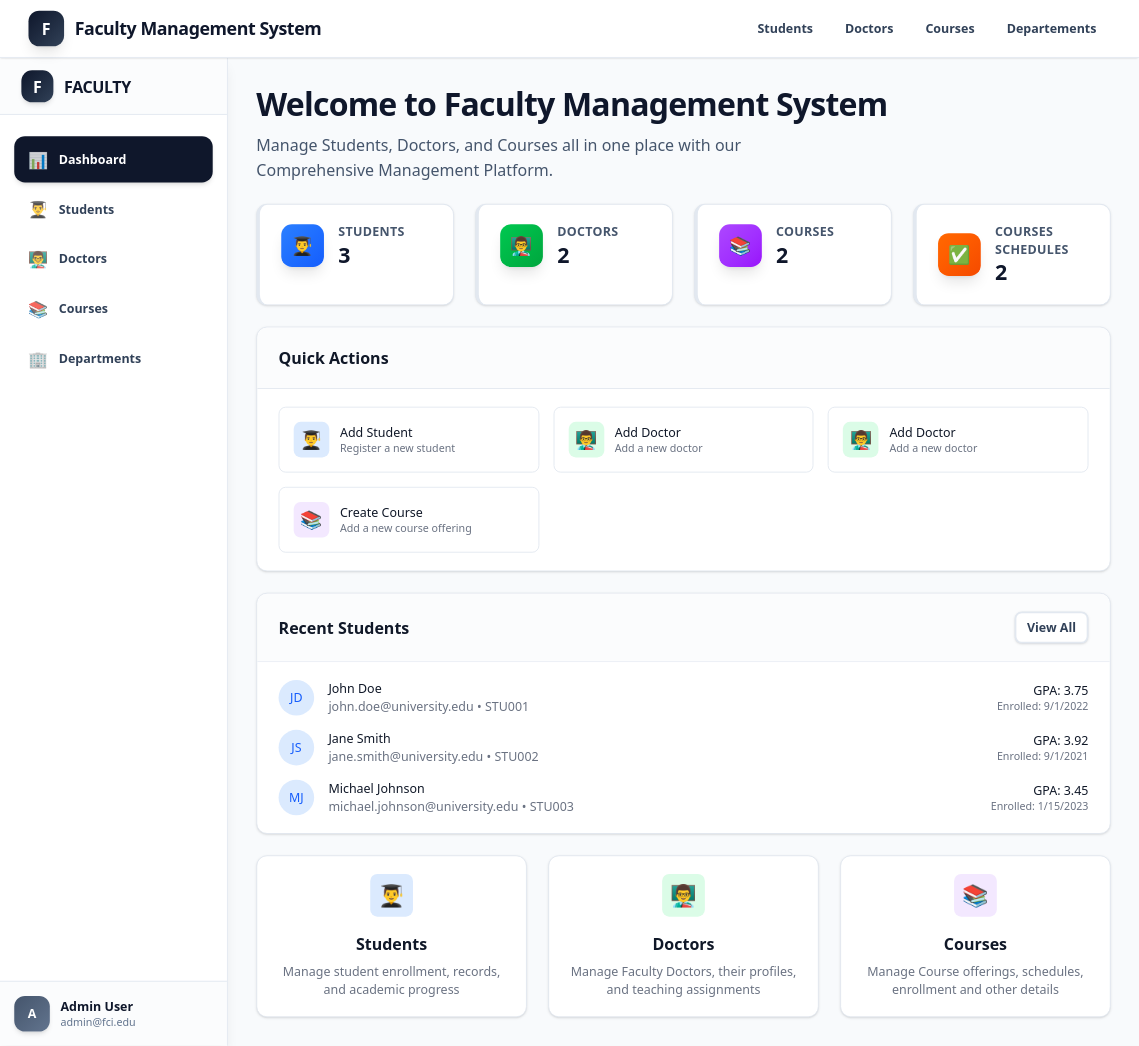
Repository: Mohamedmohsen179/Advanced-DB-Task
Page: / (app in frontend/)
The author's editor kept a copy of each file at every save. The page is drawn from the files as they stood at one save, then again after the next save.
The browser window is 1280 px wide. The pictures show the whole page, at 89% of full size.
The project was rebuilt for these pictures with package versions that can differ from the ones it lists, and the page was loaded fresh each time. The framework's server and built-in components were replaced by stand-ins that run in the browser. Settings that the repository does not hold, such as keys and server addresses, were given made-up values. Also part of the build but not shown: frontend/next.config.ts.

Above is the page before, as saved 2025-11-29 02:16:19.

### frontend/app/layout.tsx
import type { Metadata } from "next";
import { Geist, Geist_Mono } from "next/font/google";
import "./globals.css";
import MainLayout from "../components/layout/MainLayout";

const geistSans = Geist({
  variable: "--font-geist-sans",
  subsets: ["latin"],
});

const geistMono = Geist_Mono({
  variable: "--font-geist-mono",
  subsets: ["latin"],
});

export const metadata: Metadata = {
  title: "University Management System",
  description: "A comprehensive university management system built with Next.js and TypeScript",
};

export default function RootLayout({
  children,
}: Readonly<{
  children: React.ReactNode;
}>) {
  return (
    <html lang="en">
      <body
        className={`${geistSans.variable} ${geistMono.variable} antialiased`}
      >
        <MainLayout>{children}</MainLayout>
      </body>
    </html>
  );
}

### frontend/app/page.tsx
'use client';

import { useState, useEffect } from 'react';
import Link from 'next/link';
import { Student, CourseWithSchedule } from '../types';
import { apiService } from '../services/api';
import { Card, CardContent, CardHeader } from '../components/ui/Card';
import Button from '../components/ui/Button';

export default function Home() {
  const [stats, setStats] = useState({
    studentsCount: 0,
    doctorsCount: 0,
    coursesCount: 0,
    activeCoursesCount: 0,
  });
  const [recentStudents, setRecentStudents] = useState<Student[]>([]);
  const [loading, setLoading] = useState(true);

  useEffect(() => {
    loadDashboardData();
  }, []);

  const loadDashboardData = async () => {
    try {
      setLoading(true);

      // Load all data in parallel
      const [studentsResponse, doctorsResponse, coursesResponse] = await Promise.all([
        apiService.getStudents(),
        apiService.getDoctors(),
        apiService.getCourses(),
      ]);

      if (studentsResponse.success && doctorsResponse.success && coursesResponse.success) {
        setStats({
          studentsCount: studentsResponse.data.length,
          doctorsCount: doctorsResponse.data.length,
          coursesCount: coursesResponse.data.length,
          activeCoursesCount: coursesResponse.data.filter((course: CourseWithSchedule) => course.status === 'active').length,
        });

        // Get recent students (last 3)
        setRecentStudents(studentsResponse.data.slice(0, 3));
      }
    } catch (err) {
      console.error('Error loading dashboard data:', err);
    } finally {
      setLoading(false);
    }
  };

  if (loading) {
    return (
      <div className="flex items-center justify-center py-12">
        <div className="animate-spin rounded-full h-8 w-8 border-b-2 border-blue-600"></div>
        <span className="ml-2 text-gray-600">Loading dashboard...</span>
      </div>
    );
  }

  return (
    <div className="space-y-6">
      {/* Welcome Header */}
      <div className="text-center lg:text-left">
        <h1 className="text-4xl font-bold text-slate-900 tracking-tight">Welcome to Faculty Management System</h1>
        <p className="mt-3 text-lg text-slate-600 max-w-2xl">
          Manage Students, Doctors, and Courses all in one place with our Comprehensive Management Platform.
        </p>
      </div>

      {/* Stats Cards */}
      <div className="grid grid-cols-1 md:grid-cols-2 lg:grid-cols-4 gap-6">
        <Card className="hover:shadow-lg transition-all duration-300 border-l-4 border-l-blue-500">
          <CardContent className="p-6">
            <div className="flex items-center">
              <div className="flex-shrink-0">
                <div className="w-12 h-12 bg-gradient-to-br from-blue-500 to-blue-600 rounded-xl flex items-center justify-center shadow-lg">
                  <span className="text-white text-xl">👨‍🎓</span>
                </div>
              </div>
              <div className="ml-4">
                <p className="text-sm font-semibold text-slate-600 uppercase tracking-wide">Students</p>
                <p className="text-2xl font-bold text-slate-900">{stats.studentsCount}</p>
              </div>
            </div>
          </CardContent>
        </Card>

        <Card className="hover:shadow-lg transition-all duration-300 border-l-4 border-l-green-500">
          <CardContent className="p-6">
            <div className="flex items-center">
              <div className="flex-shrink-0">
                <div className="w-12 h-12 bg-gradient-to-br from-green-500 to-green-600 rounded-xl flex items-center justify-center shadow-lg">
                  <span className="text-white text-xl">👨‍🏫</span>
                </div>
              </div>
              <div className="ml-4">
                <p className="text-sm font-semibold text-slate-600 uppercase tracking-wide">Doctors</p>
                <p className="text-2xl font-bold text-slate-900">{stats.doctorsCount}</p>
              </div>
            </div>
          </CardContent>
        </Card>

        <Card className="hover:shadow-lg transition-all duration-300 border-l-4 border-l-purple-500">
          <CardContent className="p-6">
            <div className="flex items-center">
              <div className="flex-shrink-0">
                <div className="w-12 h-12 bg-gradient-to-br from-purple-500 to-purple-600 rounded-xl flex items-center justify-center shadow-lg">
                  <span className="text-white text-xl">📚</span>
                </div>
              </div>
              <div className="ml-4">
                <p className="text-sm font-semibold text-slate-600 uppercase tracking-wide">Courses</p>
                <p className="text-2xl font-bold text-slate-900">{stats.coursesCount}</p>
              </div>
            </div>
          </CardContent>
        </Card>

        <Card className="hover:shadow-lg transition-all duration-300 border-l-4 border-l-orange-500">
          <CardContent className="p-6">
            <div className="flex items-center">
              <div className="flex-shrink-0">
                <div className="w-12 h-12 bg-gradient-to-br from-orange-500 to-orange-600 rounded-xl flex items-center justify-center shadow-lg">
                  <span className="text-white text-xl">✅</span>
                </div>
              </div>
              <div className="ml-4">
                <p className="text-sm font-semibold text-slate-600 uppercase tracking-wide">Courses Schedules</p>
                <p className="text-2xl font-bold text-slate-900">{stats.activeCoursesCount}</p>
              </div>
            </div>
          </CardContent>
        </Card>
      </div>

      {/* Quick Actions */}
      <Card>
        <CardHeader>
          <h2 className="text-lg font-semibold text-gray-900 ">Quick Actions</h2>
        </CardHeader>
        <CardContent>
          <div className="grid grid-cols-1 md:grid-cols-3 gap-4 ">
            <Link href="/students/new">
              <div className="p-4 border border-gray-200 rounded-lg hover:bg-gray-50 transition-colors cursor-pointer">
                <div className="flex items-center">
                  <div className="w-10 h-10 bg-blue-100 rounded-lg flex items-center justify-center">
                    <span className="text-blue-600 text-xl " >👨‍🎓</span>
                  </div>
                  <div className="ml-3">
                    <h3 className="text-sm font-medium text-gray-900">Add Student</h3>
                    <p className="text-xs text-gray-500">Register a new student</p>
                  </div>
                </div>
              </div>
            </Link>

            <Link href="/doctors/new">
              <div className="p-4 border border-gray-200 rounded-lg hover:bg-gray-50 transition-colors cursor-pointer">
                <div className="flex items-center">
                  <div className="w-10 h-10 bg-green-100 rounded-lg flex items-center justify-center">
                    <span className="text-green-600 text-xl">👨‍🏫</span>
                  </div>
                  <div className="ml-3">
                    <h3 className="text-sm font-medium text-gray-900">Add Doctor</h3>
                    <p className="text-xs text-gray-500">Add a new doctor</p>
                  </div>
                </div>
              </div>
            </Link>

            <Link href="/doctors/new">
              <div className="p-4 border border-gray-200 rounded-lg hover:bg-gray-50 transition-colors cursor-pointer">
                <div className="flex items-center">
                  <div className="w-10 h-10 bg-green-100 rounded-lg flex items-center justify-center">
                    <span className="text-green-600 text-xl">👨‍🏫</span>
                  </div>
                  <div className="ml-3">
                    <h3 className="text-sm font-medium text-gray-900">Add Doctor</h3>
                    <p className="text-xs text-gray-500">Add a new doctor</p>
                  </div>
                </div>
              </div>
            </Link>

            <Link href="/courses/new">
              <div className="p-4 border border-gray-200 rounded-lg hover:bg-gray-50 transition-colors cursor-pointer">
                <div className="flex items-center">
                  <div className="w-10 h-10 bg-purple-100 rounded-lg flex items-center justify-center">
                    <span className="text-purple-600 text-xl">📚</span>
                  </div>
                  <div className="ml-3">
                    <h3 className="text-sm font-medium text-gray-900">Create Course</h3>
                    <p className="text-xs text-gray-500">Add a new course offering</p>
                  </div>
                </div>
              </div>
            </Link>
          </div>
        </CardContent>
      </Card>

      {/* Recent Students */}
      {recentStudents.length > 0 && (
        <Card>
          <CardHeader>
            <div className="flex items-center justify-between">
              <h2 className="text-lg font-semibold text-gray-900">Recent Students</h2>
              <Link href="/students">
                <Button variant="outline" size="sm">View All</Button>
              </Link>
            </div>
          </CardHeader>
          <CardContent>
            <div className="space-y-4">
              {recentStudents.map((student) => (
                <div key={student.id} className="flex items-center justify-between">
                  <div className="flex items-center">
                    <div className="flex-shrink-0 h-10 w-10">
                      <div className="h-10 w-10 rounded-full bg-blue-100 flex items-center justify-center">
                        <span className="text-blue-600 font-medium text-sm">
                          {student.firstName.charAt(0)}{student.lastName.charAt(0)}
                        </span>
                      </div>
                    </div>
                    <div className="ml-4">
                      <div className="text-sm font-medium text-gray-900">
                        {student.firstName} {student.lastName}
                      </div>
                      <div className="text-sm text-gray-500">
                        {student.email} • {student.studentId}
                      </div>
                    </div>
                  </div>
                  <div className="text-right">
                    <div className="text-sm text-gray-900">
                      {student.gpa ? `GPA: ${student.gpa.toFixed(2)}` : 'No GPA'}
                    </div>
                    <div className="text-xs text-gray-500">
                      Enrolled: {new Date(student.enrollmentDate).toLocaleDateString()}
                    </div>
                  </div>
                </div>
              ))}
            </div>
          </CardContent>
        </Card>
      )}

      {/* Navigation Cards */}
      <div className="grid grid-cols-1 md:grid-cols-3 gap-6">
        <Link href="/students">
          <Card className="hover:shadow-md transition-shadow cursor-pointer">
            <CardContent className="p-6 text-center">
              <div className="w-12 h-12 bg-blue-100 rounded-lg flex items-center justify-center mx-auto mb-4">
                <span className="text-blue-600 text-2xl">👨‍🎓</span>
              </div>
              <h3 className="text-lg font-semibold text-gray-900 mb-2">Students</h3>
              <p className="text-sm text-gray-500">
                Manage student enrollment, records, and academic progress
              </p>
            </CardContent>
          </Card>
        </Link>

        <Link href="/doctors">
          <Card className="hover:shadow-md transition-shadow cursor-pointer">
            <CardContent className="p-6 text-center">
              <div className="w-12 h-12 bg-green-100 rounded-lg flex items-center justify-center mx-auto mb-4">
                <span className="text-green-600 text-2xl">👨‍🏫</span>
              </div>
              <h3 className="text-lg font-semibold text-gray-900 mb-2">Doctors</h3>
              <p className="text-sm text-gray-500">
                Manage Faculty Doctors, their profiles, and teaching assignments
              </p>
            </CardContent>
          </Card>
        </Link>

        <Link href="/courses">
          <Card className="hover:shadow-md transition-shadow cursor-pointer">
            <CardContent className="p-6 text-center">
              <div className="w-12 h-12 bg-purple-100 rounded-lg flex items-center justify-center mx-auto mb-4">
                <span className="text-purple-600 text-2xl">📚</span>
              </div>
              <h3 className="text-lg font-semibold text-gray-900 mb-2">Courses</h3>
              <p className="text-sm text-gray-500">
                Manage Course offerings, schedules, enrollment and other details
              </p>
            </CardContent>
          </Card>
        </Link>
      </div>
    </div>
  );
}

### frontend/app/globals.css
@import "tailwindcss";

:root {
  --background: #fafafa;
  --foreground: #0f172a;
  --primary: #2563eb;
  --primary-foreground: #ffffff;
  --secondary: #f1f5f9;
  --secondary-foreground: #334155;
  --muted: #f8fafc;
  --muted-foreground: #64748b;
  --accent: #f1f5f9;
  --accent-foreground: #0f172a;
  --border: #e2e8f0;
  --input: #ffffff;
  --ring: #2563eb;
  --radius: 0.5rem;
}

@theme inline {
  --color-background: var(--background);
  --color-foreground: var(--foreground);
  --font-sans: var(--font-geist-sans);
  --font-mono: var(--font-geist-mono);
}

@media (prefers-color-scheme: dark) {
  :root {
    --background: #020617;
    --foreground: #f8fafc;
    --primary: #3b82f6;
    --primary-foreground: #f8fafc;
    --secondary: #1e293b;
    --secondary-foreground: #f8fafc;
    --muted: #1e293b;
    --muted-foreground: #94a3b8;
    --accent: #1e293b;
    --accent-foreground: #f8fafc;
    --border: #334155;
    --input: #1e293b;
    --ring: #3b82f6;
  }
}

* {
  border-color: var(--border);
}

body {
  background: var(--background);
  color: var(--foreground);
  font-family: var(--font-sans), system-ui, -apple-system, sans-serif;
  line-height: 1.6;
  -webkit-font-smoothing: antialiased;
  -moz-osx-font-smoothing: grayscale;
}

::-webkit-scrollbar {
  width: 8px;
  height: 8px;
}

::-webkit-scrollbar-track {
  background: var(--muted);
}

::-webkit-scrollbar-thumb {
  background: var(--muted-foreground);
  border-radius: 4px;
}

::-webkit-scrollbar-thumb:hover {
  background: var(--foreground);
}

/* Focus styles */
.focus-visible {
  outline: 2px solid var(--ring);
  outline-offset: 2px;
}

/* Professional shadows */
.shadow-professional {
  box-shadow: 0 1px 3px 0 rgb(0 0 0 / 0.1), 0 1px 2px -1px rgb(0 0 0 / 0.1);
}

.shadow-professional-lg {
  box-shadow: 0 10px 15px -3px rgb(0 0 0 / 0.1), 0 4px 6px -4px rgb(0 0 0 / 0.1);
}

### frontend/components/layout/MainLayout.tsx
'use client';

import { useState } from 'react';
import Navbar from './Navbar';
import Sidebar from './Sidebar';

interface MainLayoutProps {
  children: React.ReactNode;
}

export default function MainLayout({ children }: MainLayoutProps) {
  const [sidebarOpen, setSidebarOpen] = useState(false);

  return (
    <div className="min-h-screen bg-slate-50">
      <Navbar />

      <div className="flex">
        <Sidebar
          isOpen={sidebarOpen}
          onClose={() => setSidebarOpen(false)}
        />

        <div className="flex-1 lg:ml-0">
          <div className="lg:hidden">
            <button
              onClick={() => setSidebarOpen(true)}
              className="fixed top-20 left-4 z-10 bg-white p-3 rounded-xl shadow-professional border border-slate-200 hover:shadow-professional-lg transition-all duration-200"
            >
              <svg className="w-5 h-5 text-slate-600" fill="none" stroke="currentColor" viewBox="0 0 24 24">
                <path strokeLinecap="round" strokeLinejoin="round" strokeWidth={2} d="M4 6h16M4 12h16M4 18h16" />
              </svg>
            </button>
          </div>

          <main className="p-6 lg:p-8">
            <div className="max-w-7xl mx-auto">
              {children}
            </div>
          </main>
        </div>
      </div>
    </div>
  );
}

### frontend/components/ui/Card.tsx
import { HTMLAttributes, forwardRef } from 'react';

interface CardProps extends HTMLAttributes<HTMLDivElement> {
  children: React.ReactNode;
}

const Card = forwardRef<HTMLDivElement, CardProps>(
  ({ className = '', children, ...props }, ref) => {
    return (
      <div
        ref={ref}
        className={`bg-white rounded-xl border border-slate-200 shadow-professional hover:shadow-professional-lg transition-shadow duration-200 ${className}`}
        {...props}
      >
        {children}
      </div>
    );
  }
);

Card.displayName = 'Card';

interface CardHeaderProps extends HTMLAttributes<HTMLDivElement> {
  children: React.ReactNode;
}

const CardHeader = forwardRef<HTMLDivElement, CardHeaderProps>(
  ({ className = '', children, ...props }, ref) => {
    return (
      <div
        ref={ref}
        className={`px-6 py-5 border-b border-slate-200 bg-slate-50/50 rounded-t-xl ${className}`}
        {...props}
      >
        {children}
      </div>
    );
  }
);

CardHeader.displayName = 'CardHeader';

interface CardContentProps extends HTMLAttributes<HTMLDivElement> {
  children: React.ReactNode;
}

const CardContent = forwardRef<HTMLDivElement, CardContentProps>(
  ({ className = '', children, ...props }, ref) => {
    return (
      <div
        ref={ref}
        className={`px-6 py-5 ${className}`}
        {...props}
      >
        {children}
      </div>
    );
  }
);

CardContent.displayName = 'CardContent';

interface CardFooterProps extends HTMLAttributes<HTMLDivElement> {
  children: React.ReactNode;
}

const CardFooter = forwardRef<HTMLDivElement, CardFooterProps>(
  ({ className = '', children, ...props }, ref) => {
    return (
      <div
        ref={ref}
        className={`px-6 py-5 border-t border-slate-200 bg-slate-50 rounded-b-xl ${className}`}
        {...props}
      >
        {children}
      </div>
    );
  }
);

CardFooter.displayName = 'CardFooter';

export { Card, CardHeader, CardContent, CardFooter };

### frontend/components/ui/Button.tsx
import { ButtonHTMLAttributes, forwardRef } from 'react';

interface ButtonProps extends ButtonHTMLAttributes<HTMLButtonElement> {
  variant?: 'primary' | 'secondary' | 'danger' | 'outline';
  size?: 'sm' | 'md' | 'lg';
  loading?: boolean;
}

const Button = forwardRef<HTMLButtonElement, ButtonProps>(
  ({ className = '', variant = 'primary', size = 'md', loading = false, children, disabled, ...props }, ref) => {
    const baseClasses = 'inline-flex items-center justify-center font-semibold rounded-lg transition-all duration-200 focus:outline-none focus:ring-2 focus:ring-offset-2 disabled:opacity-50 disabled:cursor-not-allowed shadow-sm hover:shadow-md active:scale-[0.98]';

    const variantClasses = {
      primary: 'bg-slate-900 text-white hover:bg-slate-800 focus:ring-slate-500 border border-slate-900',
      secondary: 'bg-slate-100 text-slate-900 hover:bg-slate-200 focus:ring-slate-500 border border-slate-200',
      danger: 'bg-red-600 text-white hover:bg-red-700 focus:ring-red-500 border border-red-600',
      outline: 'border-2 border-slate-300 text-slate-700 bg-white hover:bg-slate-50 hover:border-slate-400 focus:ring-slate-500',
    };

    const sizeClasses = {
      sm: 'px-3 py-2 text-sm h-9',
      md: 'px-4 py-2.5 text-sm h-10',
      lg: 'px-6 py-3 text-base h-12',
    };

    return (
      <button
        ref={ref}
        className={`${baseClasses} ${variantClasses[variant]} ${sizeClasses[size]} ${className}`}
        disabled={disabled || loading}
        {...props}
      >
        {loading && (
          <svg className="animate-spin -ml-1 mr-2 h-4 w-4" fill="none" viewBox="0 0 24 24">
            <circle className="opacity-25" cx="12" cy="12" r="10" stroke="currentColor" strokeWidth="4" />
            <path className="opacity-75" fill="currentColor" d="M4 12a8 8 0 018-8V0C5.373 0 0 5.373 0 12h4zm2 5.291A7.962 7.962 0 014 12H0c0 3.042 1.135 5.824 3 7.938l3-2.647z" />
          </svg>
        )}
        {children}
      </button>
    );
  }
);

Button.displayName = 'Button';

export default Button;

Loaded but not shown: frontend/services/api.ts (635 lines, source omitted); frontend/components/layout/Sidebar.tsx (152 lines, source omitted); frontend/components/layout/Navbar.tsx (109 lines, source omitted)

After the next save:
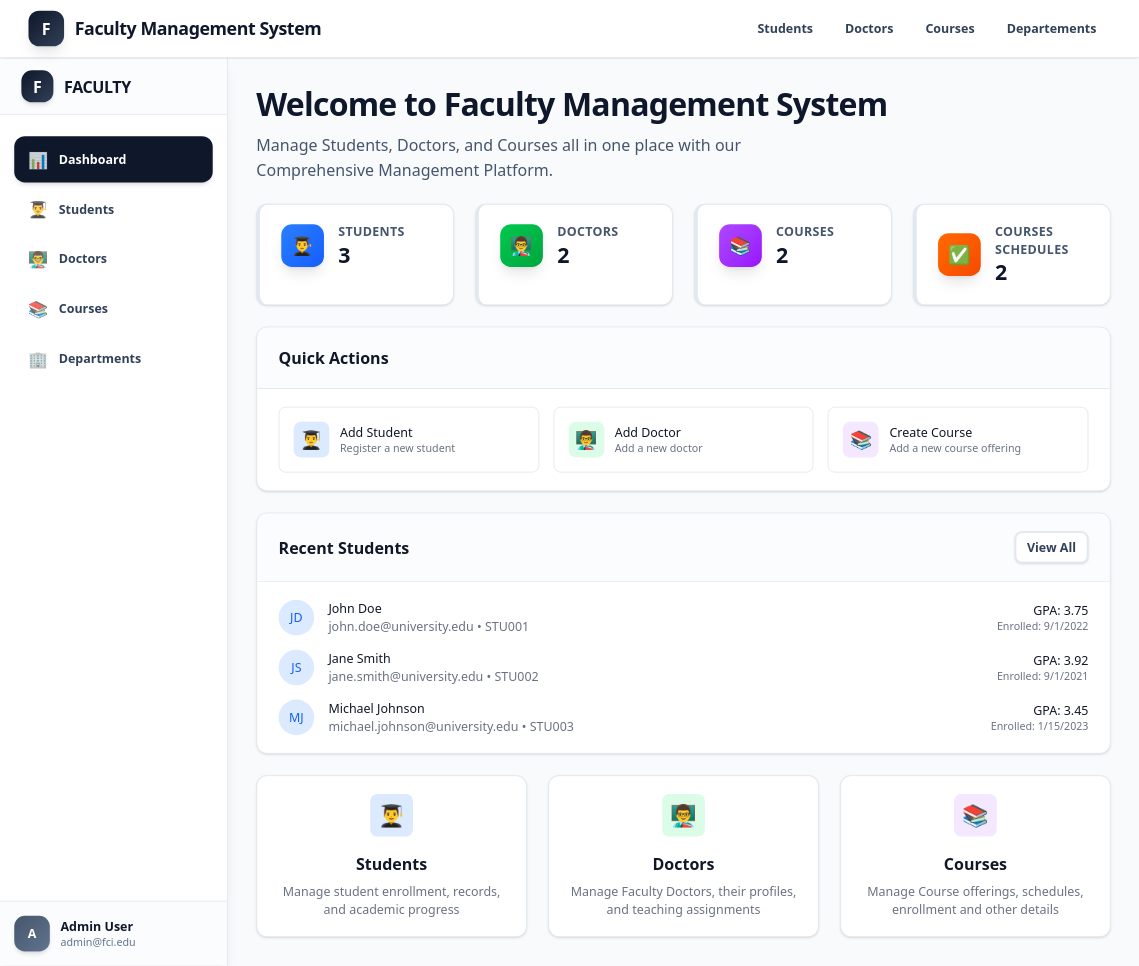
Saved 4 s later.
--- a/frontend/app/page.tsx
+++ b/frontend/app/page.tsx
@@ -171,20 +171,6 @@ export default function Home() {
               </div>
             </Link>
 
-            <Link href="/doctors/new">
-              <div className="p-4 border border-gray-200 rounded-lg hover:bg-gray-50 transition-colors cursor-pointer">
-                <div className="flex items-center">
-                  <div className="w-10 h-10 bg-green-100 rounded-lg flex items-center justify-center">
-                    <span className="text-green-600 text-xl">👨‍🏫</span>
-                  </div>
-                  <div className="ml-3">
-                    <h3 className="text-sm font-medium text-gray-900">Add Doctor</h3>
-                    <p className="text-xs text-gray-500">Add a new doctor</p>
-                  </div>
-                </div>
-              </div>
-            </Link>
-
             <Link href="/courses/new">
               <div className="p-4 border border-gray-200 rounded-lg hover:bg-gray-50 transition-colors cursor-pointer">
                 <div className="flex items-center">
